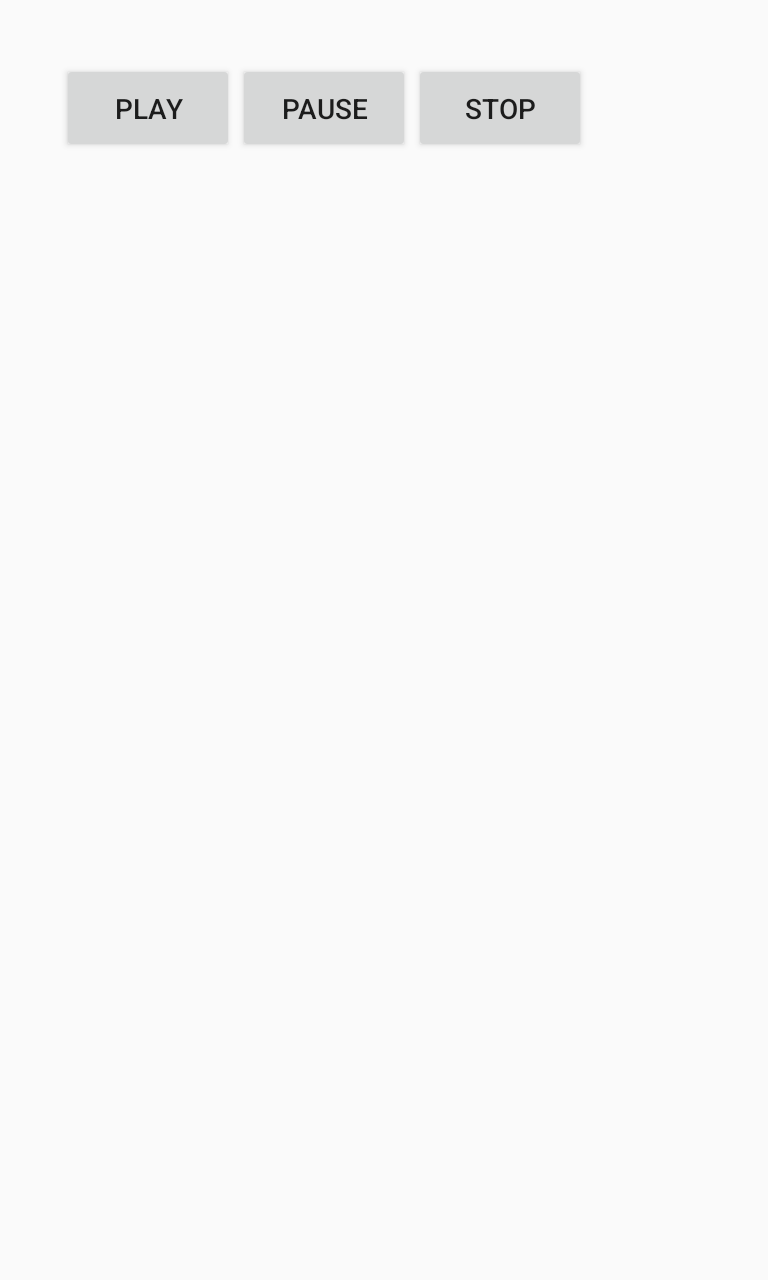
Repository: JoanneCaroll/AudioPlayer
Layout: AudioPlayer/res/layout/activity_audio_player.xml
An editor plug-in stored every save of this project. The layout is shown before and after the next save, followed by the edit.
It is drawn on a 768 x 1280 px phone screen (xhdpi) without system bars, with theme AppTheme; the app's code is not run.

Above is the layout before, as saved 2014-10-29 01:29:56.

After the next save:
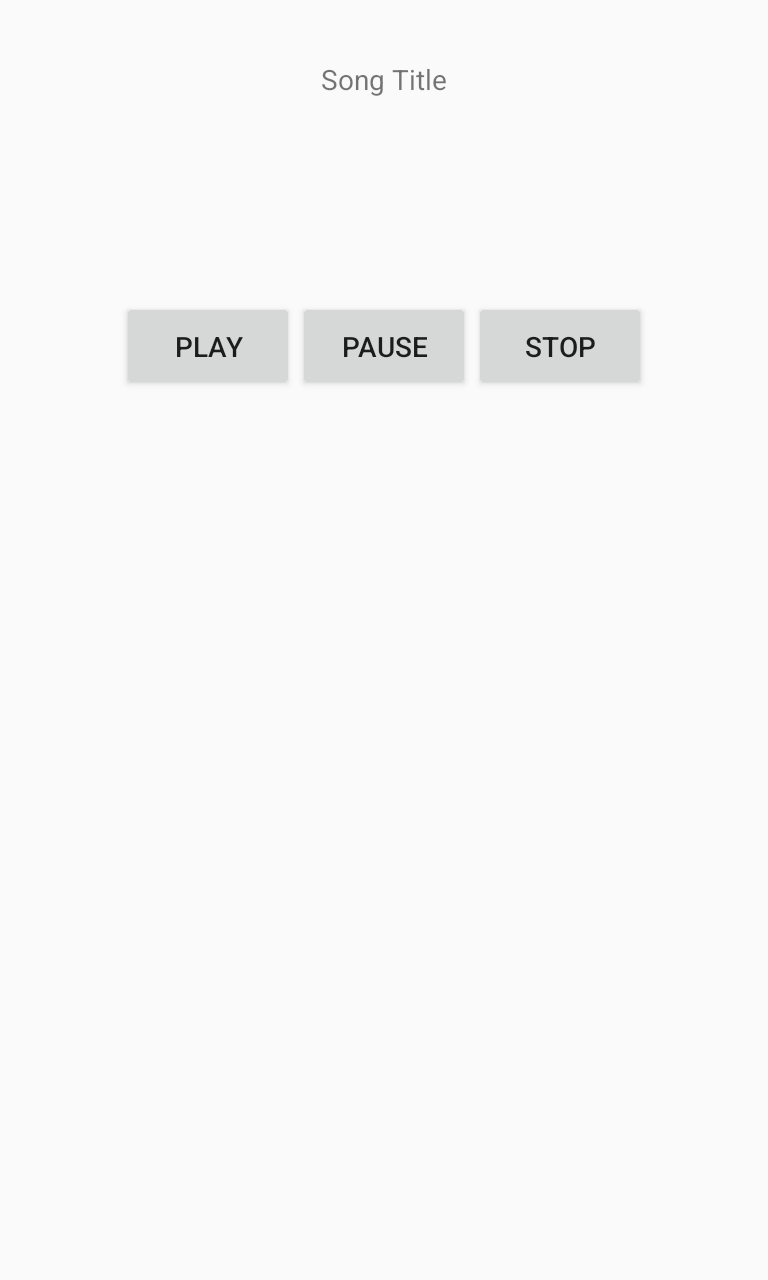
Saved 3 min 45 s later.
--- a/AudioPlayer/res/layout/activity_audio_player.xml
+++ b/AudioPlayer/res/layout/activity_audio_player.xml
@@ -2,8 +2,21 @@
     xmlns:tools="http://schemas.android.com/tools"
     android:layout_width="match_parent"
     android:layout_height="match_parent"
-	android:padding="30dp">
+	android:padding="30dp"
+	android:orientation="vertical">
 
+    <TextView
+        android:id="@+id/songTitle"
+        android:layout_width="wrap_content"
+        android:layout_height="wrap_content"
+        android:layout_gravity="center"
+        android:text="Song Title"/>
+
+    <LinearLayout
+        android:layout_width="match_parent"
+        android:layout_height="wrap_content"
+        android:gravity="center"
+        android:paddingTop="100dp">
 	<Button
 	    android:id="@+id/playButton"
 	    android:layout_width="wrap_content"
@@ -22,5 +35,5 @@
 	    android:layout_height="wrap_content"
 	    android:text="@string/stop"
 	    />
-
+	</LinearLayout>
 </LinearLayout>
